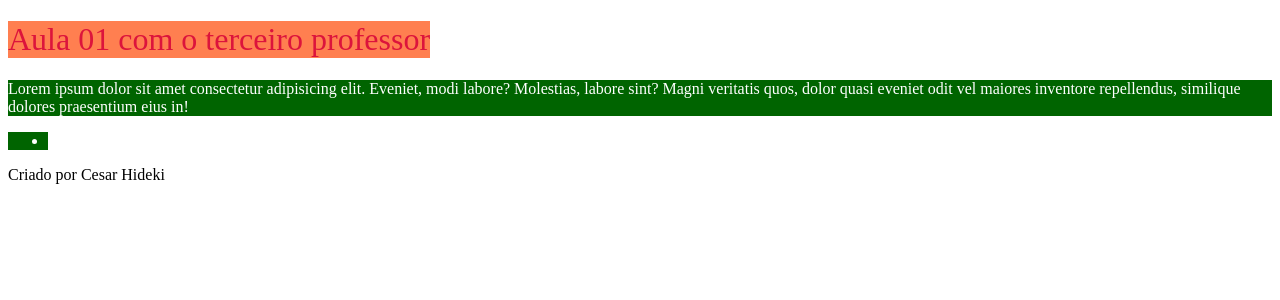
Repository: geracao-11/aula-01-pt2
Page: index.html
These files come from the project's save history. The page is drawn as it stood at one moment and after the next save; the edit follows.
The browser window is 1280 px wide. The pictures show the whole page.

Above is the page before, as saved 2025-04-09 10:23:00.

### index.html
<!DOCTYPE html>
<html lang="en">
  <head>
    <meta charset="UTF-8" />
    <meta name="viewport" content="width=device-width, initial-scale=1.0" />
    <title>AULA 01</title>
    <link rel="stylesheet" href="style.css" />
  </head>
  <body>
    <header></header>
    <main>
      <h1>Aula 01 com o terceiro professor</h1>
      <div>
        <p>Lorem ipsum dolor sit amet consectetur adipisicing elit. Eveniet, modi labore? Molestias, labore sint? Magni veritatis quos, dolor quasi eveniet odit vel maiores inventore repellendus, similique dolores praesentium eius in!</p>
      </div>
      <div>
        <ul>
            <li>
                <a href="https://www.instagram.com/"></a>
            </li>
        </ul>
      </div>
    </main>
    <footer>Criado por Cesar Hideki</footer>
  </body>
</html>

### style.css
h1 {
    font-size: xx-large;
    font-weight: lighter;
    color: crimson;
    background-color: coral;
    max-width: fit-content;
}

div {
    max-width: fit-content;
    background-color: darkgreen;
    color: white;
}

After the next save:
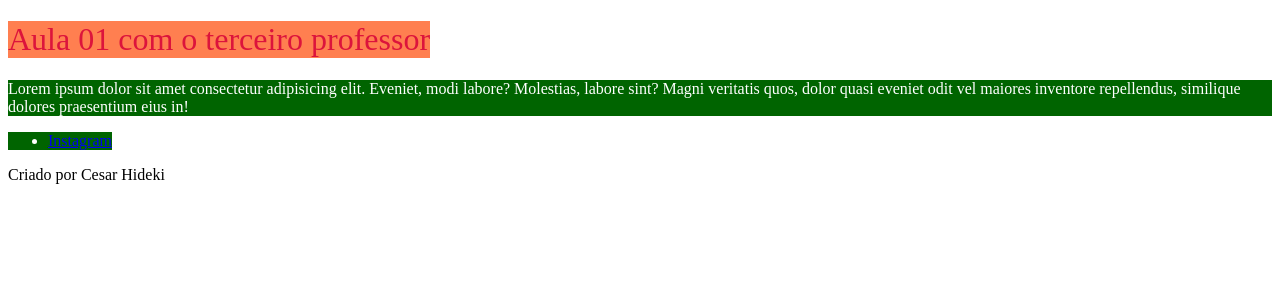
Saved 4 s later.
--- a/index.html
+++ b/index.html
@@ -16,7 +16,7 @@
       <div>
         <ul>
             <li>
-                <a href="https://www.instagram.com/"></a>
+                <a href="https://www.instagram.com/">Instagram</a>
             </li>
         </ul>
       </div>
